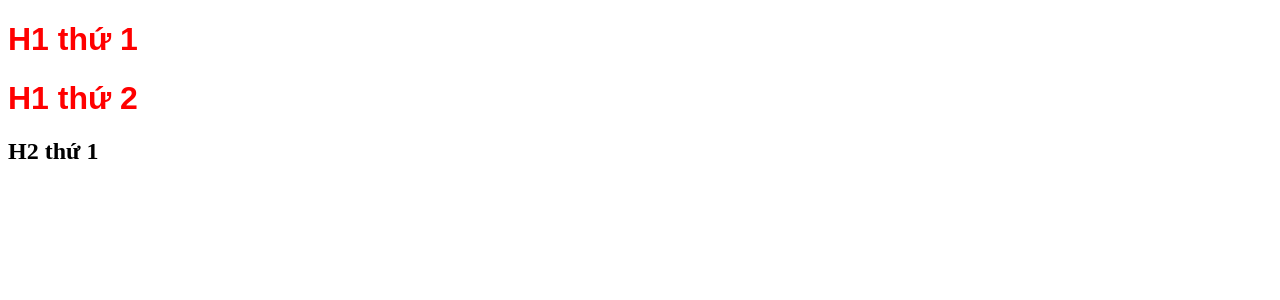
Repository: PhiKhongHoang/JSP-Servlet
Page: Bai3_CSS/src/main/webapp/vidu2.html
An editor plug-in stored every save of this project. The page is shown before and after a run of saves, followed by the edit.
The browser window is 1280 px wide. The pictures show the whole page.

Above is the page before, as saved 2024-02-16 12:16:31.

After the next 2 saves:
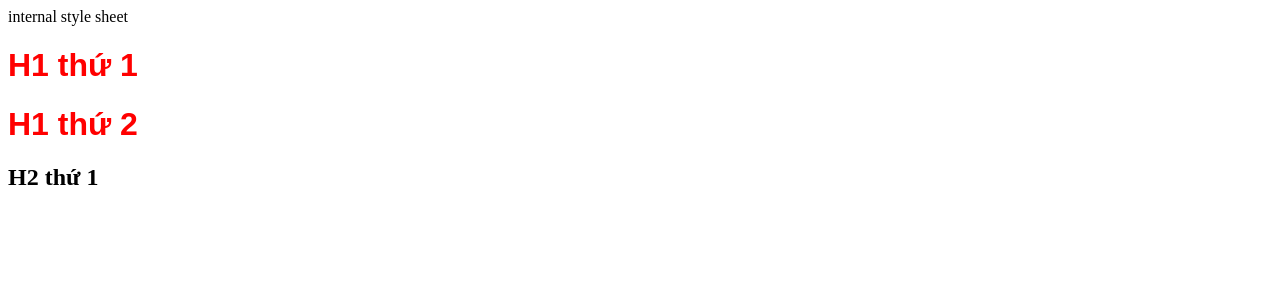
The 2 saves are shown as one change because they came seconds apart.
The last was saved 22 s later.
--- a/Bai3_CSS/src/main/webapp/vidu2.html
+++ b/Bai3_CSS/src/main/webapp/vidu2.html
@@ -2,7 +2,7 @@
 <html>
 <head>
 <meta charset="UTF-8">
-<title>Insert title here</title>
+<title>internal style sheet</title>
 <style type="text/css">
 	h1 {
 		color: red;
@@ -12,6 +12,7 @@
 </head>
 <body>
 	<!-- internal style sheet -->
+	internal style sheet
 	<h1>H1 thứ 1</h1>
 	<h1>H1 thứ 2</h1>
 	<h2>H2 thứ 1</h2>
